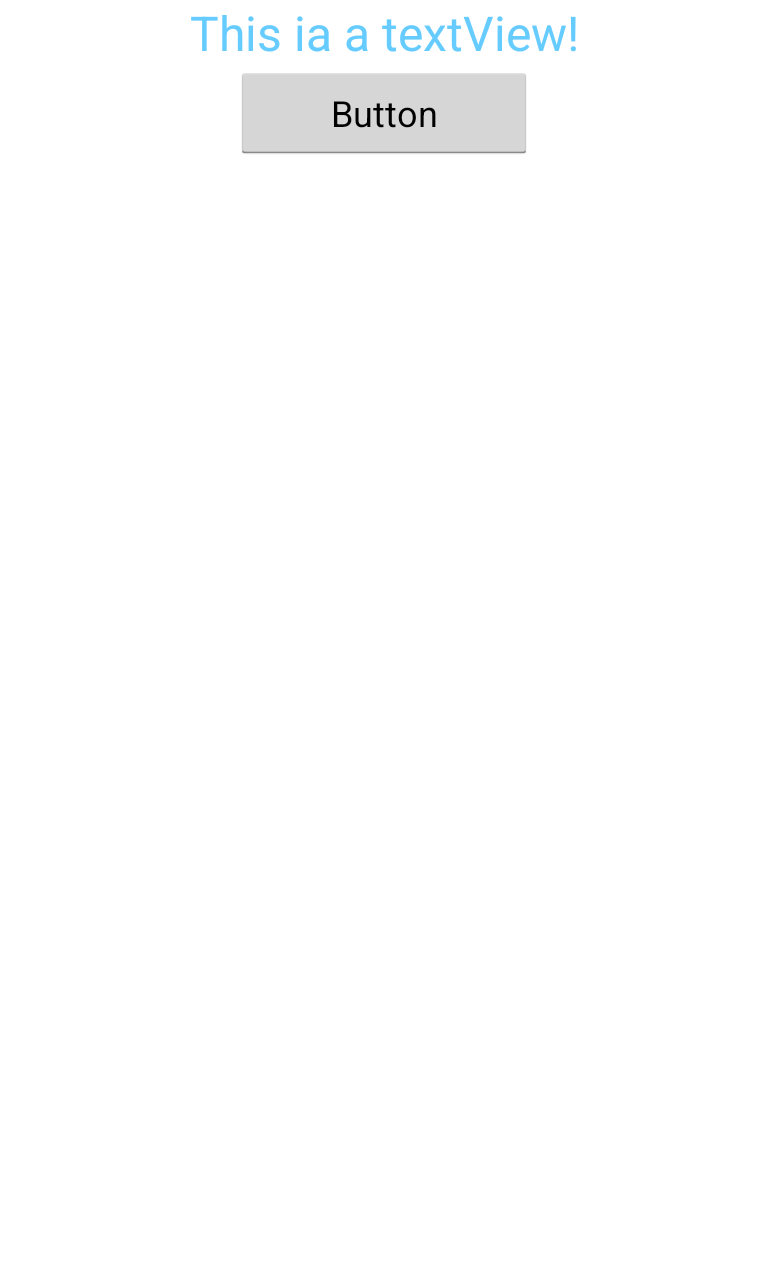
Repository: Ollyder/eclipse_work
Layout: UIWidgetTest/res/layout/activity_main.xml
These files come from the project's save history. The layout is drawn as it stood at one moment and after the next save; the edit follows.
It is drawn on a 768 x 1280 px phone screen (xhdpi) without system bars, with theme AppTheme; the app's code is not run.

Above is the layout before, as saved 2017-05-27 01:50:35.

After the next save:
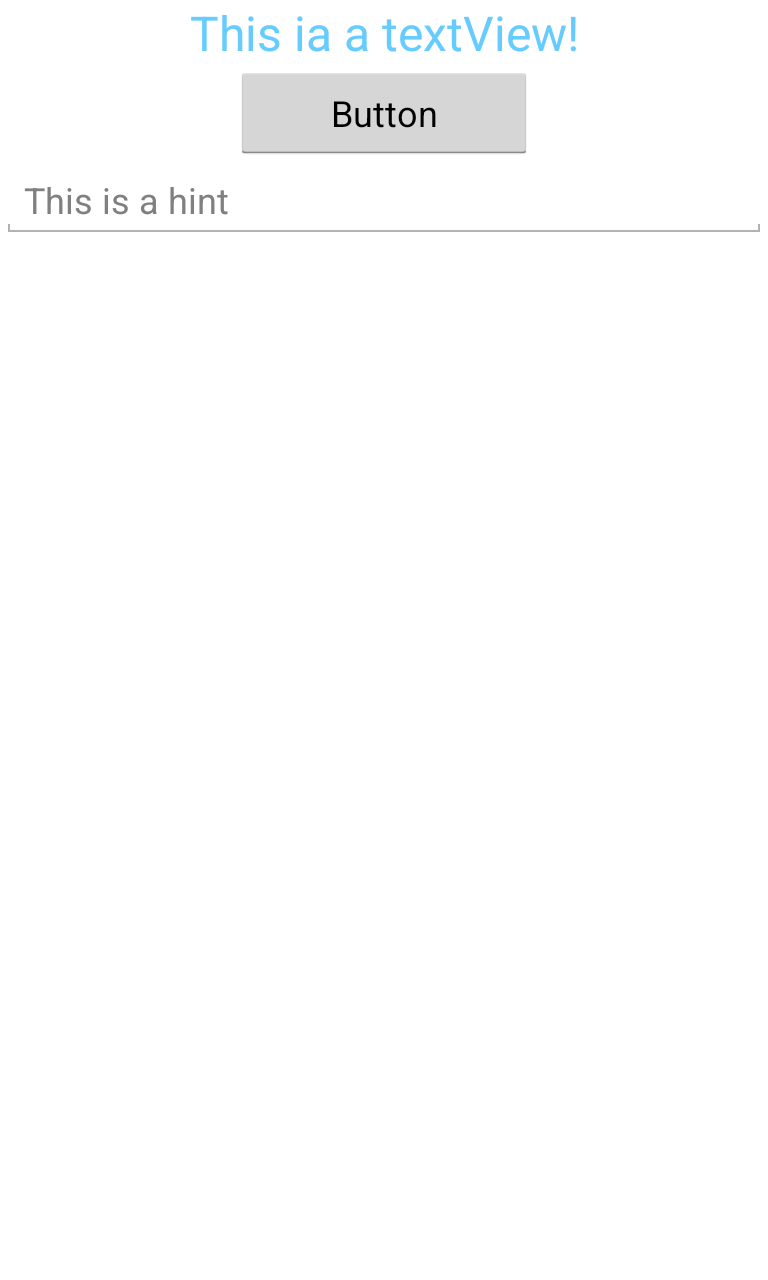
Saved 98 s later.
--- a/UIWidgetTest/res/layout/activity_main.xml
+++ b/UIWidgetTest/res/layout/activity_main.xml
@@ -18,4 +18,10 @@
         android:layout_height="wrap_content"
         android:text="Button"
         android:layout_gravity="center" />
+
+    <EditText
+        android:id="@+id/edit_text"
+        android:layout_width="match_parent"
+        android:layout_height="wrap_content"
+        android:hint="This is a hint" />
 </LinearLayout>
